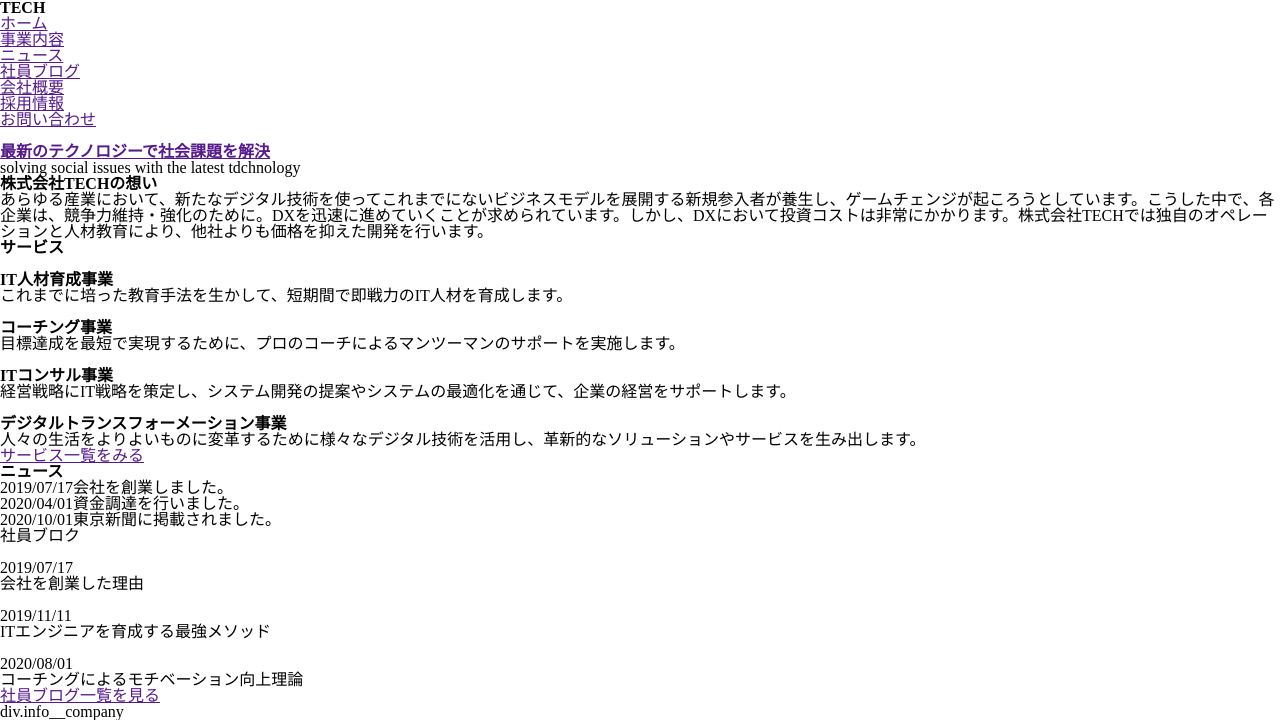
Repository: masanarimiura/20220516_miura
Page: index.html
These files come from the project's save history. The page is drawn as it stood at one moment and after the next save; the edit follows.
The browser window is 1280 px wide. The pictures show the whole page.

Above is the page before, as saved 2022-05-13 15:39:50.

After the next save:
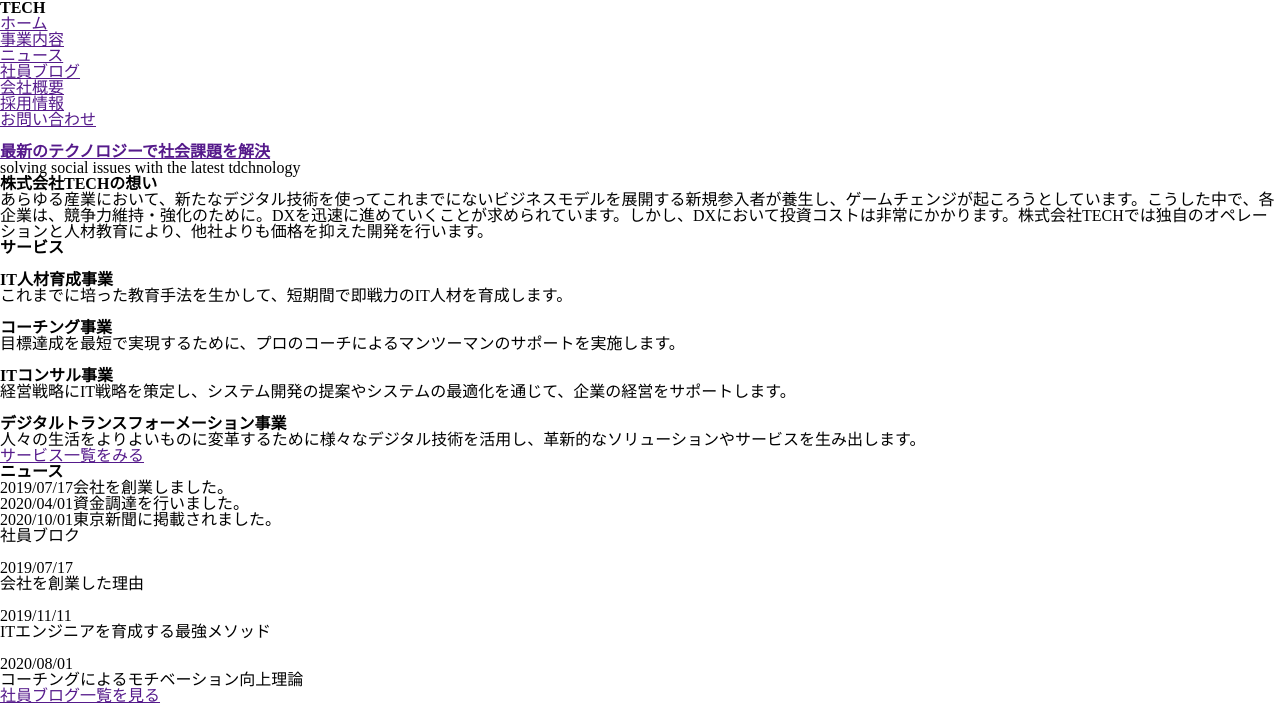
Saved 5 s later.
--- a/index.html
+++ b/index.html
@@ -112,7 +112,7 @@
   </div>
 
   <div class="info">
-    div.info__company
+    <div class="info__company"></div>
   </div>
 
 
